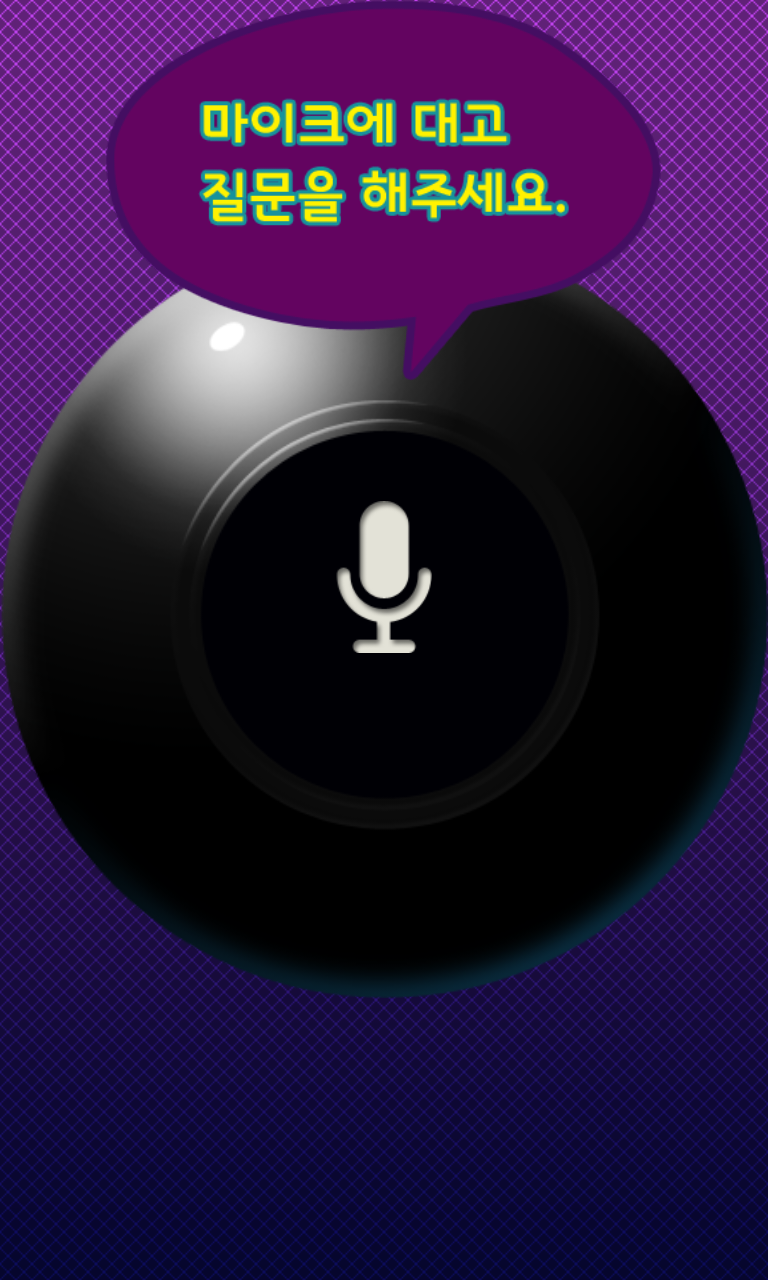
Repository: LimHeeJho/masicBall
Layout: MagicBall/res/layout/activity_main.xml
An editor plug-in stored every save of this project. The layout is shown before and after the next save, followed by the edit.
It is drawn on a 768 x 1280 px phone screen (xhdpi) without system bars, with theme AppTheme; the app's code is not run.

Above is the layout before, as saved 2013-07-17 08:06:58.

### MagicBall/res/layout/activity_main.xml
<RelativeLayout xmlns:android="http://schemas.android.com/apk/res/android"
    xmlns:tools="http://schemas.android.com/tools"
    android:layout_width="fill_parent"
    android:layout_height="fill_parent"
    tools:context=".MainActivity" >

    <RelativeLayout
        android:layout_width="fill_parent"
        android:layout_height="fill_parent"
        android:layout_alignParentLeft="true"
        android:layout_alignParentTop="true"
        android:background="@drawable/background" >

        <ImageView
            android:id="@+id/ball"
        android:layout_width="fill_parent"
        android:layout_height="fill_parent"
            android:layout_alignParentBottom="true"
            android:layout_centerHorizontal="true"
            android:layout_marginBottom="25dp"
            android:src="@drawable/ball" />

        <ImageView
            android:id="@+id/guide1"
            android:layout_width="wrap_content"
            android:layout_height="wrap_content"
            android:layout_alignParentTop="true"
            android:layout_centerHorizontal="true"
            android:src="@drawable/guide_mod" />

        <ImageView
            android:id="@+id/mic"
            android:layout_width="wrap_content"
            android:layout_height="wrap_content"
            android:layout_below="@+id/guide1"
            android:layout_centerHorizontal="true"
            android:layout_marginTop="60dp"
            android:src="@drawable/mic" />

    </RelativeLayout>

</RelativeLayout>

Loaded but not shown: MagicBall/res/values/styles.xml (common file); MagicBall/res/values-v11/styles.xml (common file); MagicBall/res/values-v14/styles.xml (common file)

After the next save:
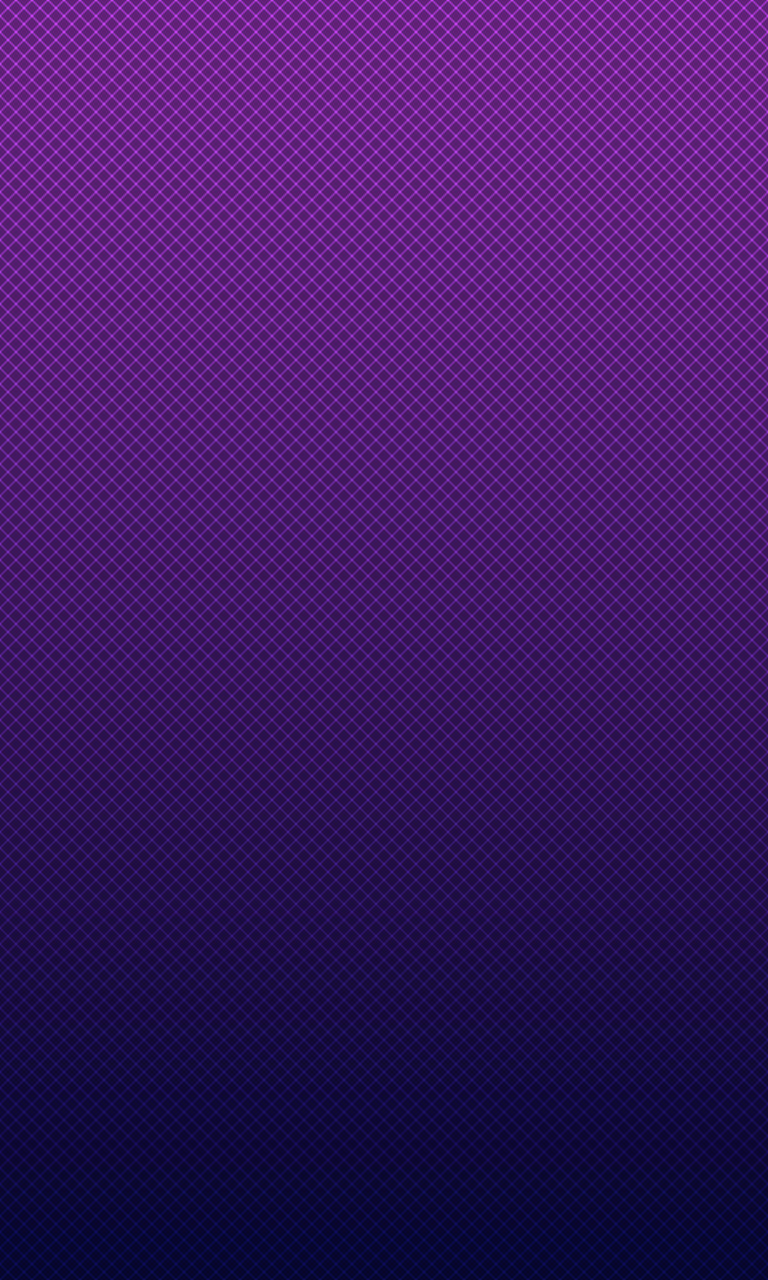
Saved 2 min 21 s later.
--- a/MagicBall/res/layout/activity_main.xml
+++ b/MagicBall/res/layout/activity_main.xml
@@ -11,31 +11,12 @@
         android:layout_alignParentTop="true"
         android:background="@drawable/background" >
 
-        <ImageView
-            android:id="@+id/ball"
-        android:layout_width="fill_parent"
-        android:layout_height="fill_parent"
-            android:layout_alignParentBottom="true"
-            android:layout_centerHorizontal="true"
-            android:layout_marginBottom="25dp"
-            android:src="@drawable/ball" />
+        <RelativeLayout
+            android:layout_width="fill_parent"
+            android:layout_height="50dp"
+            android:layout_centerVertical="true" >
 
-        <ImageView
-            android:id="@+id/guide1"
-            android:layout_width="wrap_content"
-            android:layout_height="wrap_content"
-            android:layout_alignParentTop="true"
-            android:layout_centerHorizontal="true"
-            android:src="@drawable/guide_mod" />
-
-        <ImageView
-            android:id="@+id/mic"
-            android:layout_width="wrap_content"
-            android:layout_height="wrap_content"
-            android:layout_below="@+id/guide1"
-            android:layout_centerHorizontal="true"
-            android:layout_marginTop="60dp"
-            android:src="@drawable/mic" />
+        </RelativeLayout>
 
     </RelativeLayout>
 
